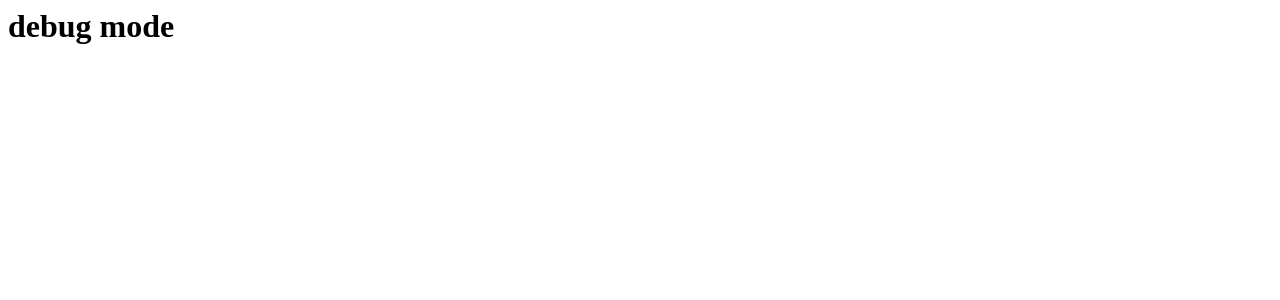
Repository: Flatbook/sliced_bread
Page: http://localhost/
These files come from the project's save history. The page is drawn as it stood at one moment and after the next save; the edit follows.
The browser window is 1280 px wide. The pictures show the whole page.
The page is served by the project's application, run on Flask 3 (app.py).

Above is the page before, as saved 2021-05-15 18:00:08.

After the next save:
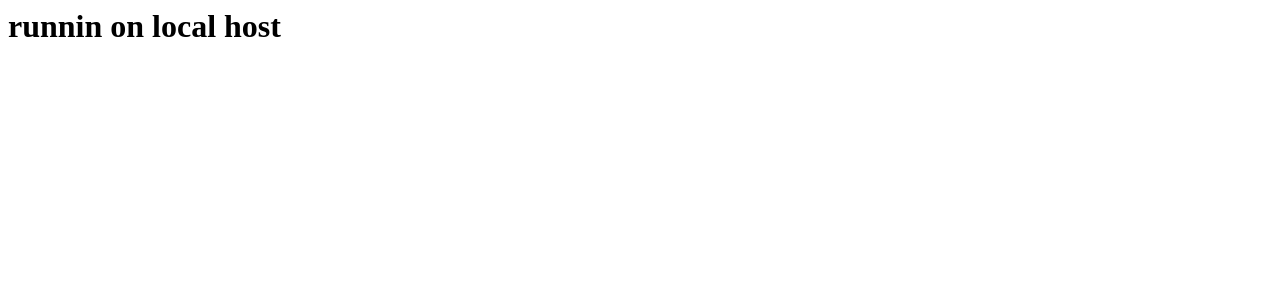
Saved 66 s later.
--- a/flask_project/app.py
+++ b/flask_project/app.py
@@ -4,7 +4,7 @@ app = Flask(__name__)
 
 @app.route("/")
 def hello_world():
-    return "<h1> debug mode </h1>"
+    return "<h1> runnin on local host </h1>"
 
 
 if __name__ == '__main__':
